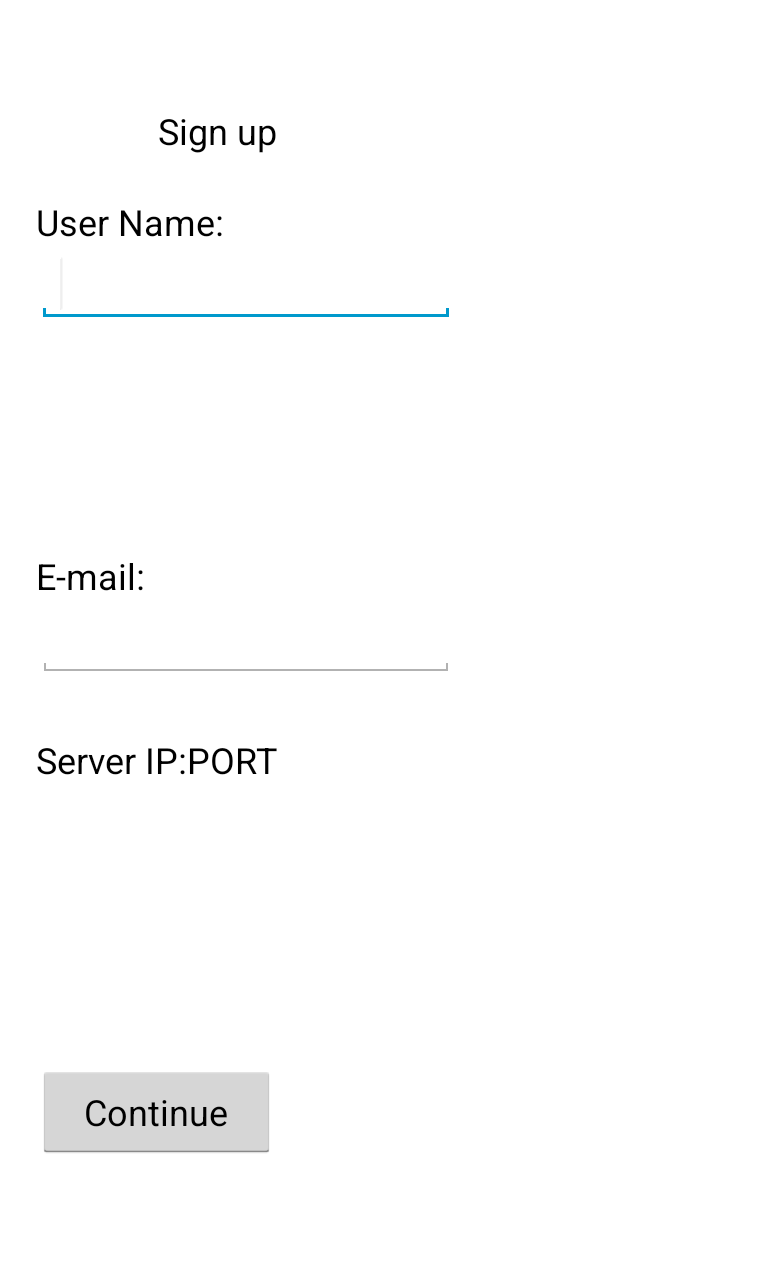
Repository: Teketel/hujeManiita
Layout: workspace/android/Besso/res/layout/activity_main.xml
The author's editor kept a copy of each file at every save. The layout is drawn from the files as they stood at one save, then again after the next save.
It is drawn on a 768 x 1280 px phone screen (xhdpi) without system bars, with theme AppTheme; the app's code is not run.

Above is the layout before, as saved 2013-02-18 19:37:37.

### workspace/android/Besso/res/layout/activity_main.xml
<RelativeLayout xmlns:android="http://schemas.android.com/apk/res/android"
    xmlns:tools="http://schemas.android.com/tools"
    android:layout_width="match_parent"
    android:layout_height="match_parent"
    android:paddingBottom="@dimen/activity_vertical_margin"
    android:paddingLeft="@dimen/activity_horizontal_margin"
    android:paddingRight="@dimen/activity_horizontal_margin"
    android:paddingTop="@dimen/activity_vertical_margin"
    tools:context=".MainActivity" >

    <EditText

        android:id="@+id/userName"
        android:layout_width="wrap_content"
        android:layout_height="wrap_content"
        android:layout_below="@+id/textView1"
        android:layout_marginTop="45dp"
        android:ems="10" >

        <requestFocus />
    </EditText>

    <TextView
        android:id="@+id/textView1"
        android:layout_width="wrap_content"
        android:layout_height="wrap_content"
        android:layout_alignLeft="@+id/editText1"
        android:layout_alignParentTop="true"
        android:layout_alignRight="@+id/button1"
        android:layout_marginLeft="56dp"
        android:layout_marginTop="35dp"
        android:text="Sign up"
        android:textAppearance="?android:attr/textAppearanceMedium"
        android:textSize="18dp" />

    <EditText
        android:id="@+id/email"
        android:layout_width="wrap_content"
        android:layout_height="wrap_content"
        android:layout_alignLeft="@+id/editText1"
        android:layout_centerVertical="true"
        android:ems="10"
        android:inputType="textEmailAddress" />

    <TextView
        android:id="@+id/textView2"
        android:layout_width="wrap_content"
        android:layout_height="wrap_content"
        android:layout_alignLeft="@+id/editText1"
        android:layout_below="@+id/textView1"
        android:layout_marginTop="21dp"
        android:text="User Name:"
        android:textAppearance="?android:attr/textAppearanceMedium" />

    <TextView
        android:id="@+id/textView3"
        android:layout_width="wrap_content"
        android:layout_height="wrap_content"
        android:layout_above="@+id/email"
        android:layout_alignLeft="@+id/email"
        android:text="E-mail:"
        android:textAppearance="?android:attr/textAppearanceMedium" />

    <Button
        android:id="@+id/button1"
        android:layout_width="wrap_content"
        android:layout_height="wrap_content"
        android:layout_alignLeft="@+id/email"
        android:layout_alignParentBottom="true"
        android:layout_alignRight="@+id/ipTextView"
        android:layout_marginBottom="42dp"
        android:text="Continue" />

    <TextView
        android:id="@+id/ipTextView"
        android:layout_width="wrap_content"
        android:layout_height="wrap_content"
        android:layout_alignLeft="@+id/email"
        android:layout_below="@+id/email"
        android:layout_marginTop="28dp"
        android:text="Server IP:PORT"
        android:textAppearance="?android:attr/textAppearanceMedium" />

</RelativeLayout>

Loaded but not shown: workspace/android/Besso/res/values/styles.xml (common file); workspace/android/Besso/res/values-v11/styles.xml (common file); workspace/android/Besso/res/values-v14/styles.xml (common file); workspace/android/Besso/res/values/dimens.xml (common file)

After the next save:
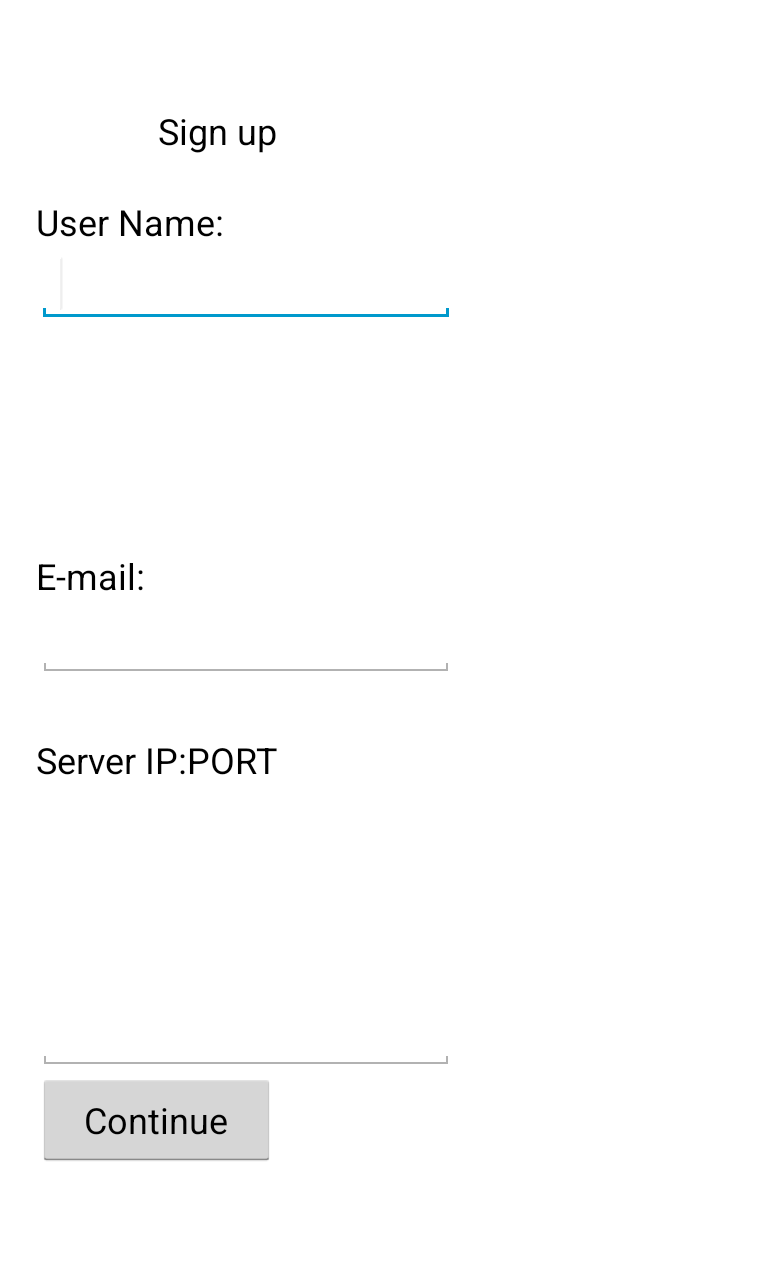
Saved 2 min 14 s later.
--- a/workspace/android/Besso/res/layout/activity_main.xml
+++ b/workspace/android/Besso/res/layout/activity_main.xml
@@ -61,16 +61,6 @@
         android:text="E-mail:"
         android:textAppearance="?android:attr/textAppearanceMedium" />
 
-    <Button
-        android:id="@+id/button1"
-        android:layout_width="wrap_content"
-        android:layout_height="wrap_content"
-        android:layout_alignLeft="@+id/email"
-        android:layout_alignParentBottom="true"
-        android:layout_alignRight="@+id/ipTextView"
-        android:layout_marginBottom="42dp"
-        android:text="Continue" />
-
     <TextView
         android:id="@+id/ipTextView"
         android:layout_width="wrap_content"
@@ -81,4 +71,22 @@
         android:text="Server IP:PORT"
         android:textAppearance="?android:attr/textAppearanceMedium" />
 
+    <EditText
+        android:id="@+id/EditText01"
+        android:layout_width="wrap_content"
+        android:layout_height="wrap_content"
+        android:layout_above="@+id/button1"
+        android:layout_alignLeft="@+id/button1"
+        android:ems="10" />
+
+    <Button
+        android:id="@+id/button1"
+        android:layout_width="wrap_content"
+        android:layout_height="wrap_content"
+        android:layout_alignLeft="@+id/ipTextView"
+        android:layout_alignParentBottom="true"
+        android:layout_alignRight="@+id/ipTextView"
+        android:layout_marginBottom="38dp"
+        android:text="Continue" />
+
 </RelativeLayout>
